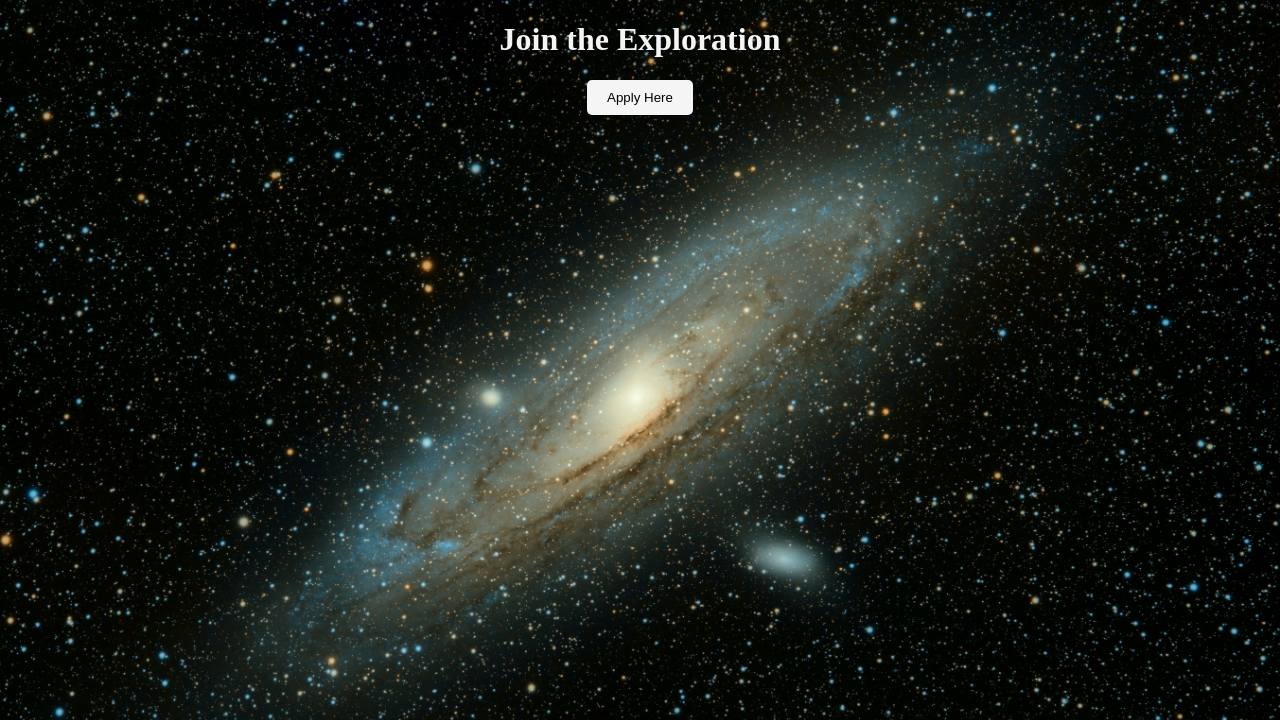
Repository: raghhavv03/html-css-practice
Page: css-task-3/index.html
These files come from the project's save history. The page is drawn as it stood at one moment and after the next save; the edit follows.
The browser window is 1280 px wide. The pictures show the whole page.

Above is the page before, as saved 2026-02-04 14:44:53.

After the next save:
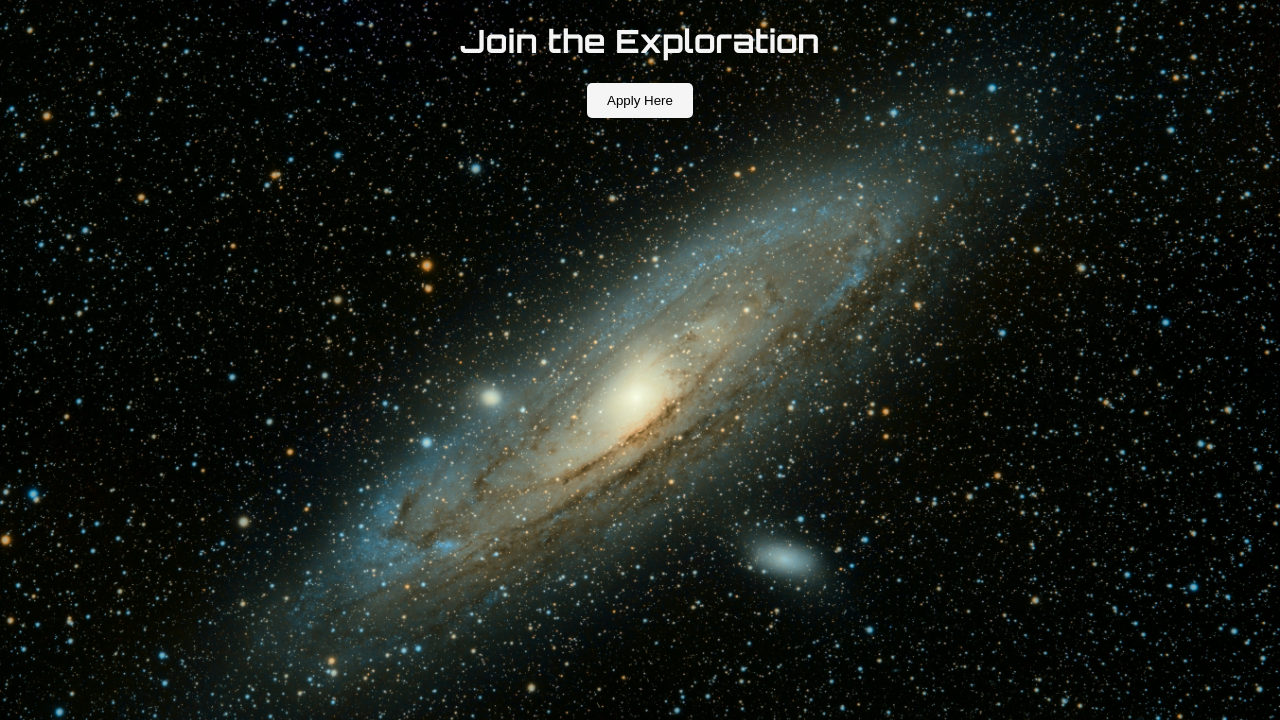
Saved 9 s later.
--- a/css-task-3/style.css
+++ b/css-task-3/style.css
@@ -4,13 +4,10 @@ body {
     background-size: cover;
     color: whitesmoke;
     text-align: center;
-
-    .orbitron-<uniquifier> {
     font-family: "Orbitron", sans-serif;
     font-optical-sizing: auto;
     font-weight: 700;
     font-style: normal;
-    }
 }
 
 .btn {
